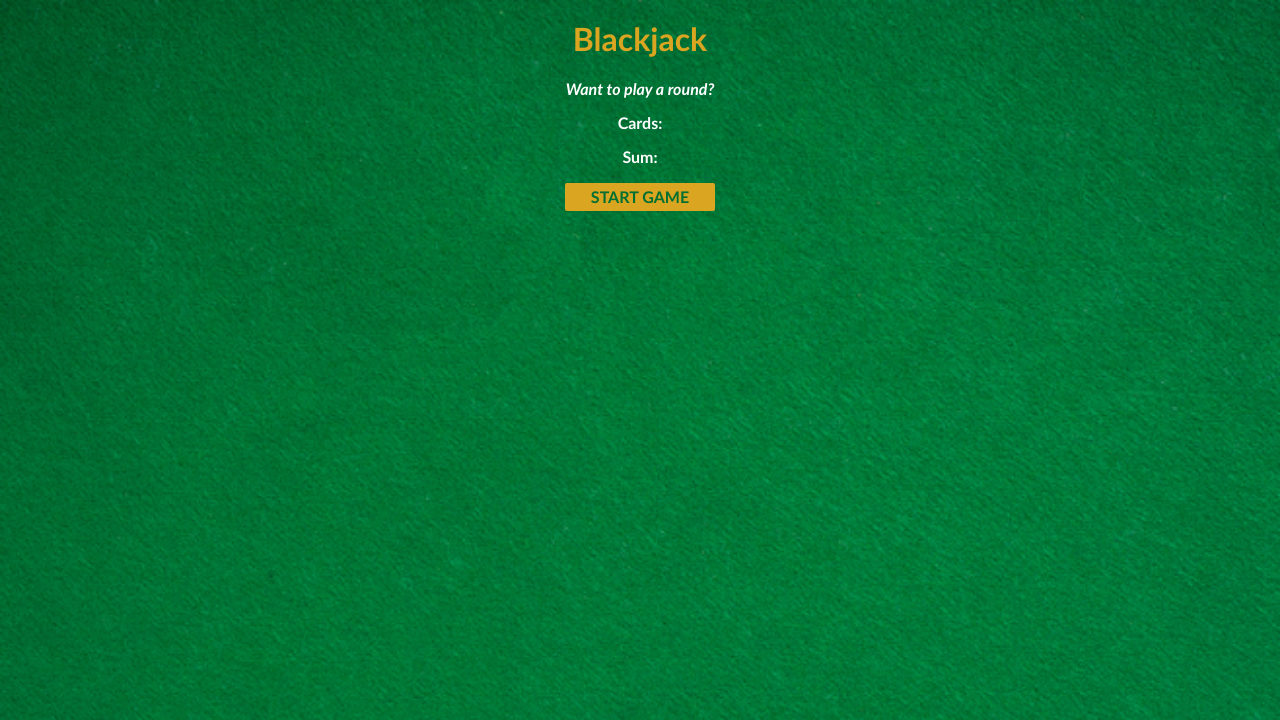
Repository: jt010051/JavaScriptBlackJack
Page: index.html
The author's editor kept a copy of each file at every save. The page is drawn from the files as they stood at one save, then again after the next save.
The browser window is 1280 px wide. The pictures show the whole page.
After loading, the first visible `button` was clicked once.

Above is the page before, as saved 2022-02-26 18:00:55.

After the next save:
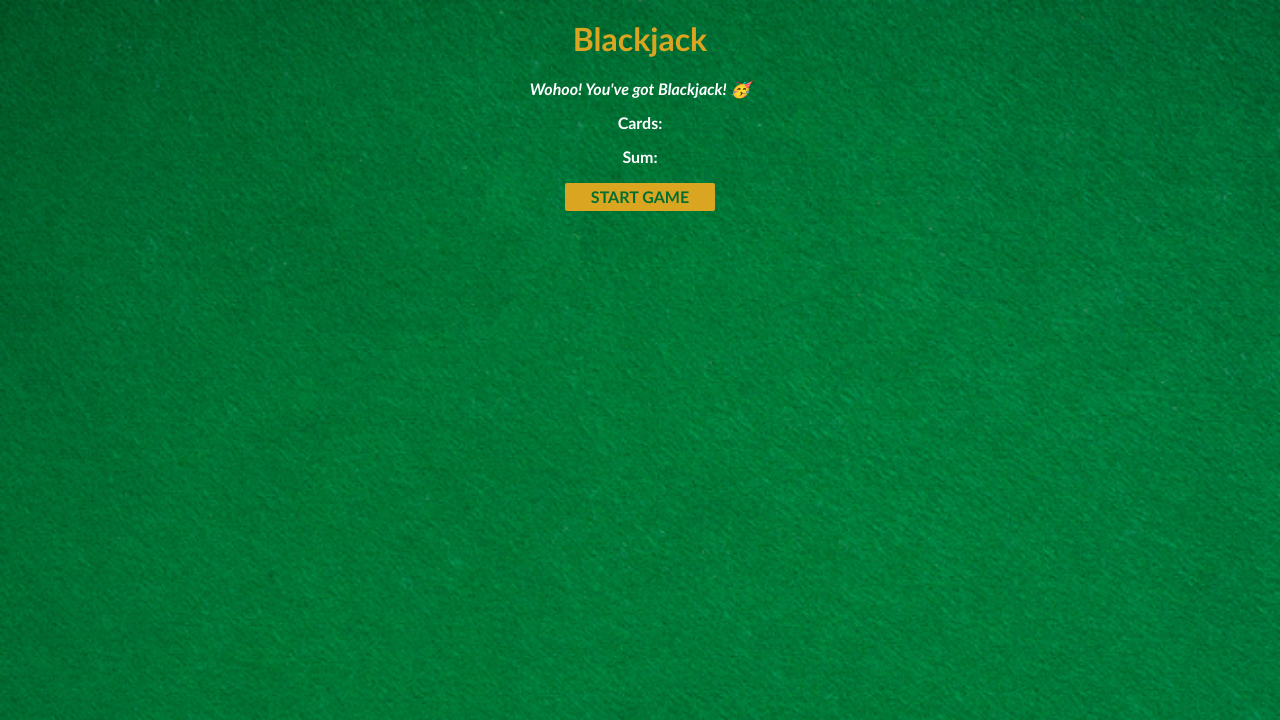
Saved 16 min 3 s later.
--- a/index.js
+++ b/index.js
@@ -1,12 +1,13 @@
 let firstCard = 10;
 
-let secondCard = 11;
+let secondCard = 11 ;
 
 let sum = firstCard+secondCard;
 
 let hasBlackJack =false;
 let isAlive = true;
 let message =""
+let messageEl = document.getElementById("message-el")
 
 function startGame(){
     if(sum <= 20){
@@ -21,5 +22,5 @@ function startGame(){
             message ="Youre out of the game! 😢";
             isAlive =false;
         }
-        console.log(message);
+messageEl.textContent=message
 }
